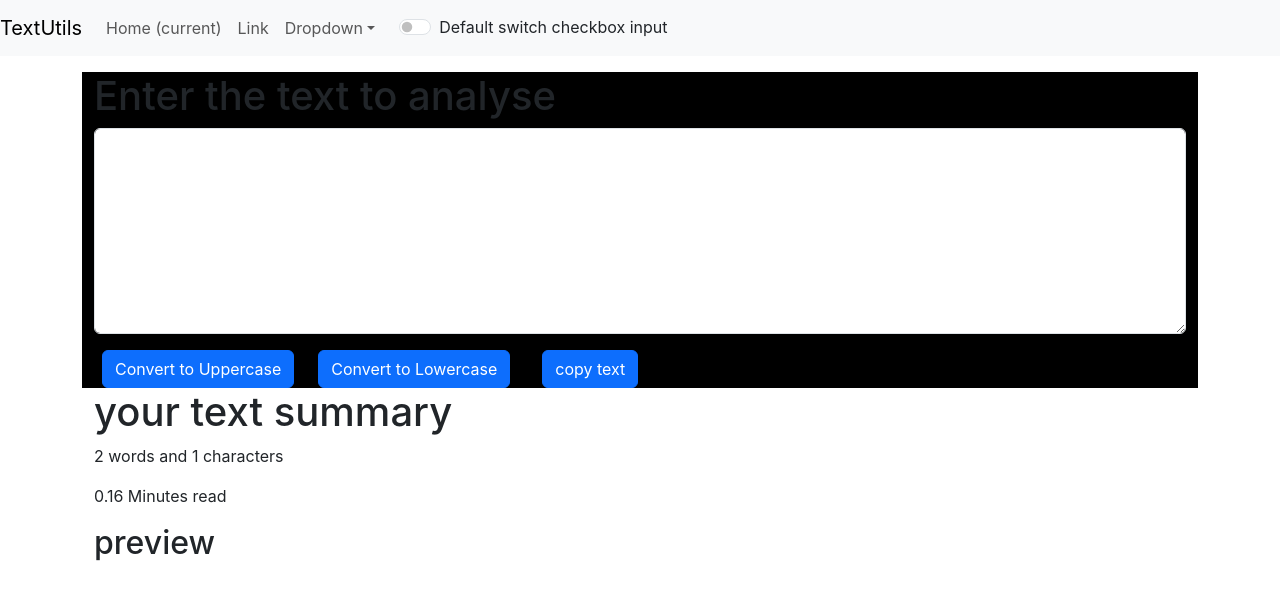
Repository: Aastha1035/React.navbar
Page: /
An editor plug-in stored every save of this project. The page is shown before and after the next save, followed by the edit.
The browser window is 1280 px wide. The pictures show the whole page.
The project was rebuilt for these pictures with package versions that can differ from the ones it lists, and the page was loaded fresh each time. Also part of the build but not shown: src/App.css.

Above is the page before, as saved 2024-07-18 01:08:28.

### public/index.html
<!DOCTYPE html>
<html lang="en">
  <head>
    <meta charset="utf-8" />
    <link rel="icon" href="%PUBLIC_URL%/favicon.ico" />
    <meta name="viewport" content="width=device-width, initial-scale=1" />
    <meta name="theme-color" content="#000000" />
    <meta
      name="description"
      content="Web site created using create-react-app"
    />
    <link rel="apple-touch-icon" href="%PUBLIC_URL%/logo192.png" />
    <!--
      manifest.json provides metadata used when your web app is installed on a
      user's mobile device or desktop. See https://developers.google.com/web/fundamentals/web-app-manifest/
    -->
    <link rel="manifest" href="%PUBLIC_URL%/manifest.json" />
    <!--
      Notice the use of %PUBLIC_URL% in the tags above.
      It will be replaced with the URL of the `public` folder during the build.
      Only files inside the `public` folder can be referenced from the HTML.

      Unlike "/favicon.ico" or "favicon.ico", "%PUBLIC_URL%/favicon.ico" will
      work correctly both with client-side routing and a non-root public URL.
      Learn how to configure a non-root public URL by running `npm run build`.
    -->
    <link href="https://cdn.jsdelivr.net/npm/bootstrap@5.3.3/dist/css/bootstrap.min.css" rel="stylesheet" integrity="sha384-QWTKZyjpPEjISv5WaRU9OFeRpok6YctnYmDr5pNlyT2bRjXh0JMhjY6hW+ALEwIH" crossorigin="anonymous">
    <title>React App</title>
  </head>
  <body>
    <noscript>You need to enable JavaScript to run this app.</noscript>
    <div id="root"></div>
    <!--
      This HTML file is a template.
      If you open it directly in the browser, you will see an empty page.

      You can add webfonts, meta tags, or analytics to this file.
      The build step will place the bundled scripts into the <body> tag.

      To begin the development, run `npm start` or `yarn start`.
      To create a production bundle, use `npm run build` or `yarn build`.
    -->
    <script src="https://cdn.jsdelivr.net/npm/bootstrap@5.3.3/dist/js/bootstrap.bundle.min.js"
    integrity="sha384-YvpcrYf0tY3lHB60NNkmXc5s9fDVZLESaAA55NDzOxhy9GkcIdslK1eN7N6jIeHz"
    crossorigin="anonymous"></script>
  </body>
</html>

### src/App.js

import './App.css';
//import About from './components/About';
import Navbar from './components/Navbar';
import Textform from './components/Textform';
import React, {useState} from 'react';

function App() {
  const [mode, setMode] = useState('light');

  const toggleMode = ()=>{
    if(mode === 'light'){
      setMode('dark');
      document.body.style.backgroundColor = 'grey';
    }
    else{
      setMode('light');
      document.body.style.backgroundColor = 'white';
    }
  }
  return (
    <>
   < Navbar title="TextUtils" mode={mode} toggleMode={toggleMode}/>
   <div className="container my-3">
   <Textform heading="Enter the text to analyse"/>
   </div>
  </>
  );
}

export default App;

### src/components/Navbar.js
import React from 'react'

export default function Navbar(props) {
  return (
    <nav className={`navbar navbar-expand-lg navbar-${props.mode} bg-${props.mode}`}>
  <a className="navbar-brand" href="#">{props.title}</a>
  <button className="navbar-toggler" type="button" data-toggle="collapse" data-target="#navbarSupportedContent" aria-controls="navbarSupportedContent" aria-expanded="false" aria-label="Toggle navigation">
    <span className="navbar-toggler-icon"></span>
  </button>

  <div className="collapse navbar-collapse" id="navbarSupportedContent">
    <ul className="navbar-nav mr-auto">
      <li className="nav-item active">
        <a className="nav-link" href="#">Home <span className="sr-only">(current)</span></a>
      </li>
      <li className="nav-item">
        <a className="nav-link" href="#">Link</a>
      </li>
      <li className="nav-item dropdown">
        <a className="nav-link dropdown-toggle" href="#" id="navbarDropdown" role="button" data-toggle="dropdown" aria-haspopup="true" aria-expanded="false">
          Dropdown
        </a>
        <div className="dropdown-menu" aria-labelledby="navbarDropdown">
          <a className="dropdown-item" href="#">Action</a>
          <a className="dropdown-item" href="#">Another action</a>
          <div className="dropdown-divider"></div>
          <a className="dropdown-item" href="#">Something else here</a>
        </div>
      </li>
      <li className="nav-item">
        <a className="nav-link disabled" href="#">{props.aboutText}</a>
      </li>
    </ul>
    {/*<form classNameName="form-inline my-2 my-lg-0">
      <input classNameName="form-control mr-sm-5" type="search" placeholder="Search" aria-label="Search"/>
      <button classNameName="btn btn-primary my-2 my-sm-0" type="submit">Search</button>
    </form>*/}
    <div className={`form-check form-switch text-${props.mode === 'light'?'dark':'light'}`}>
       <input className="form-check-input"  onClick={props.toggleMode} type="checkbox" id="flexSwitchCheckDefault"/>
      <label className="form-check-label" htmlFor="flexSwitchCheckDefault">Default switch checkbox input</label>
    </div>
  </div>
</nav>
  )
}

### src/components/Textform.js
import React,{ useState } from "react";
export default function Textform(props) {
    const handleUpclick = ()=>{
        //console.log("uppercase was clicked" + text);
        let newText = text.toUpperCase();
        setText(newText)
    }
    const handleLoclick= ()=>{
        //console.log("handle onchange");
        let newText = text.toLowerCase();
        setText(newText)
    }
    const handleOnchange= (event)=>{
        //console.log("handle onchange");
        setText(event.target.value)
    }
    const handleCopy = () => {
        var text = document.getElementById("myBox");
        text.Selected();
        navigator.clipboard.writeText(text.value);
    }

    const [text, setText] = useState(" ");
  return (
    <>
    <div className="container" style={{backgroundColor: props.mode === 'dark'?'white':'black'}} >
       <h1>{props.heading}</h1>
       <div className="mb-3">
       <textarea className="form-control"
       value={text} onChange={handleOnchange} style={{backgroundColor: props.mode === 'dark'?'grey':'white' ,
       Color: props.mode === 'dark'?'grey':'white'}} id="myBox" rows="8"></textarea>
    </div>
    <button className="btn btn-primary mx-2" onclick={handleUpclick}>Convert to  Uppercase</button>
    <button className="btn btn-primary mx-3" onclick={handleLoclick}>Convert to  Lowercase</button>
    <button className="btn btn-primary mx-3" onclick={handleCopy}>copy text</button>
    </div>
    <div className="container">
        <h1>your text summary</h1>
        <p>{text.split(" ").length} words and {text.length} characters</p>
        <p>{0.08 * text.split(" ").length} Minutes read</p>
        <h2>preview</h2>
        <p>{text}</p>
    </div>

</>


  )
}

Loaded but not shown: src/index.js (common file); src/index.css (common file); src/reportWebVitals.js (common file)

After the next save:
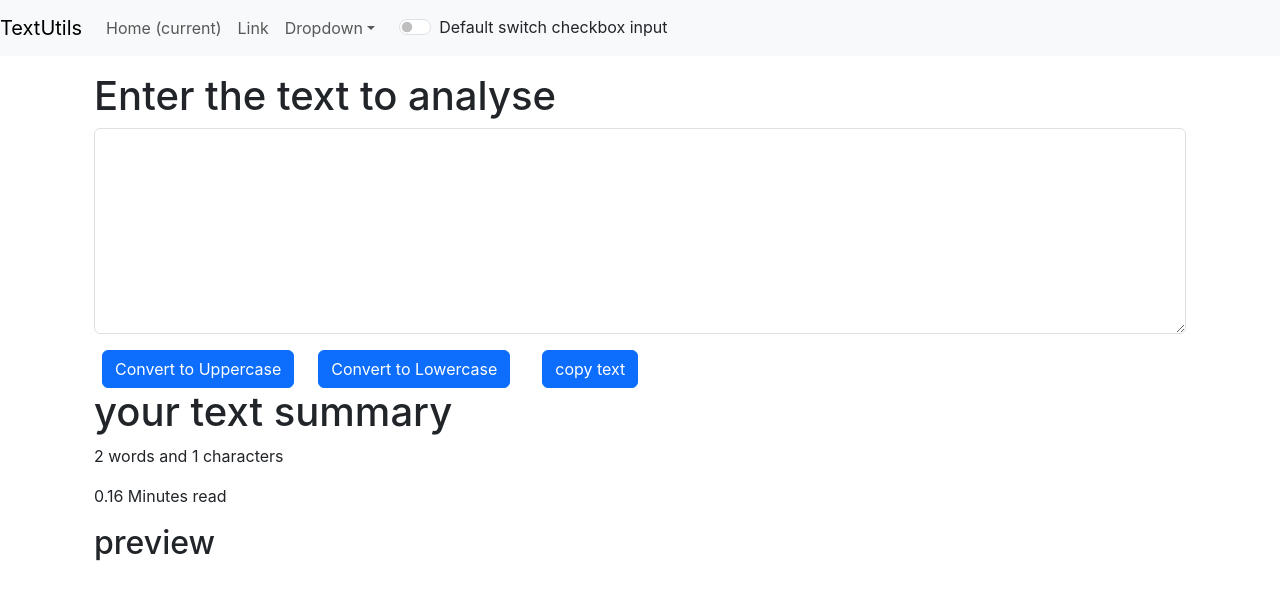
Saved 4 min 26 s later.
--- a/src/components/Textform.js
+++ b/src/components/Textform.js
@@ -23,18 +23,18 @@ export default function Textform(props) {
     const [text, setText] = useState(" ");
   return (
     <>
-    <div className="container" style={{backgroundColor: props.mode === 'dark'?'white':'black'}} >
+    <div className="container" style={{backgroundColor: props.mode === 'dark'?'white':'#0042743'}} >
        <h1>{props.heading}</h1>
        <div className="mb-3">
        <textarea className="form-control"
        value={text} onChange={handleOnchange} style={{backgroundColor: props.mode === 'dark'?'grey':'white' ,
-       Color: props.mode === 'dark'?'grey':'white'}} id="myBox" rows="8"></textarea>
+       Color: props.mode === 'dark'?'grey':'#042743'}} id="myBox" rows="8"></textarea>
     </div>
     <button className="btn btn-primary mx-2" onclick={handleUpclick}>Convert to  Uppercase</button>
     <button className="btn btn-primary mx-3" onclick={handleLoclick}>Convert to  Lowercase</button>
     <button className="btn btn-primary mx-3" onclick={handleCopy}>copy text</button>
     </div>
-    <div className="container">
+    <div className="container" style={{Color: props.mode === 'dark'?'grey':'#042743'}}>
         <h1>your text summary</h1>
         <p>{text.split(" ").length} words and {text.length} characters</p>
         <p>{0.08 * text.split(" ").length} Minutes read</p>
